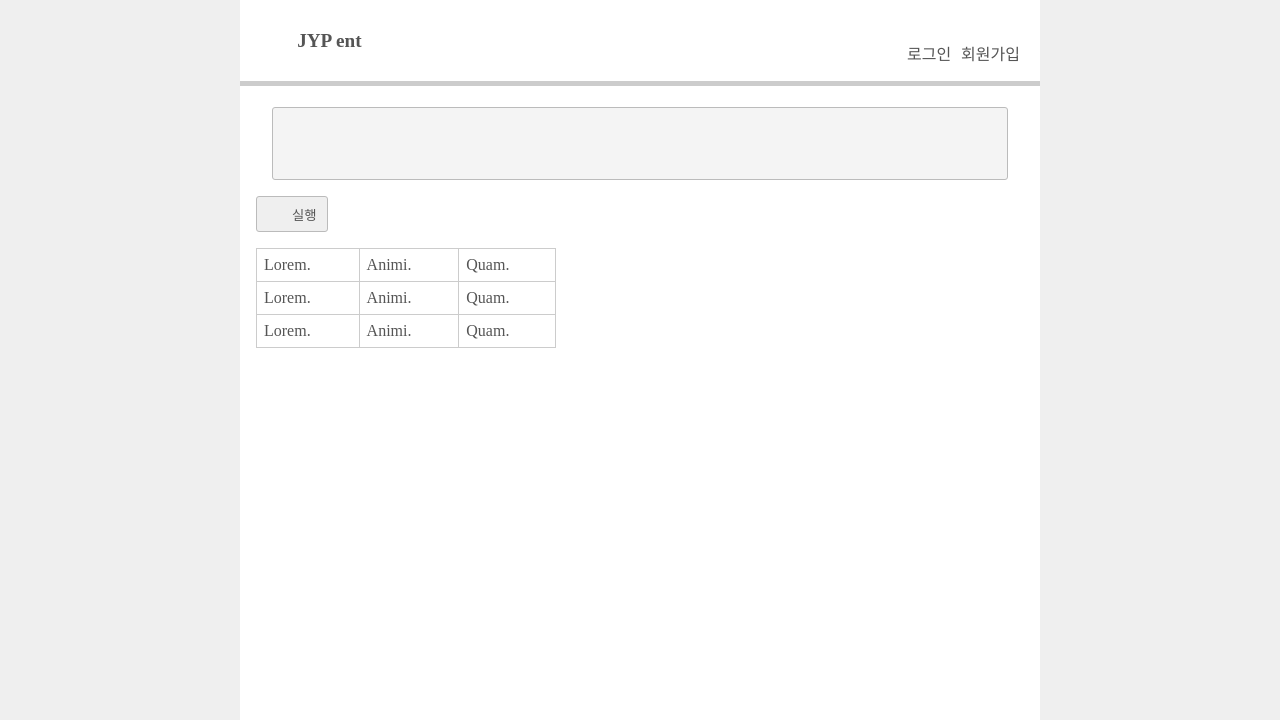
Repository: junyong231/SSIT_html
Page: webPro/src/main/webapp/javascript/days03/ex05_02.html
The author's editor kept a copy of each file at every save. The page is drawn from the files as they stood at one save, then again after the next save.
The browser window is 1280 px wide. The pictures show the whole page.
Some web fonts or font styles are not loaded; a fallback is used.

Above is the page before, as saved 2024-09-27 03:37:31.

After the next save:
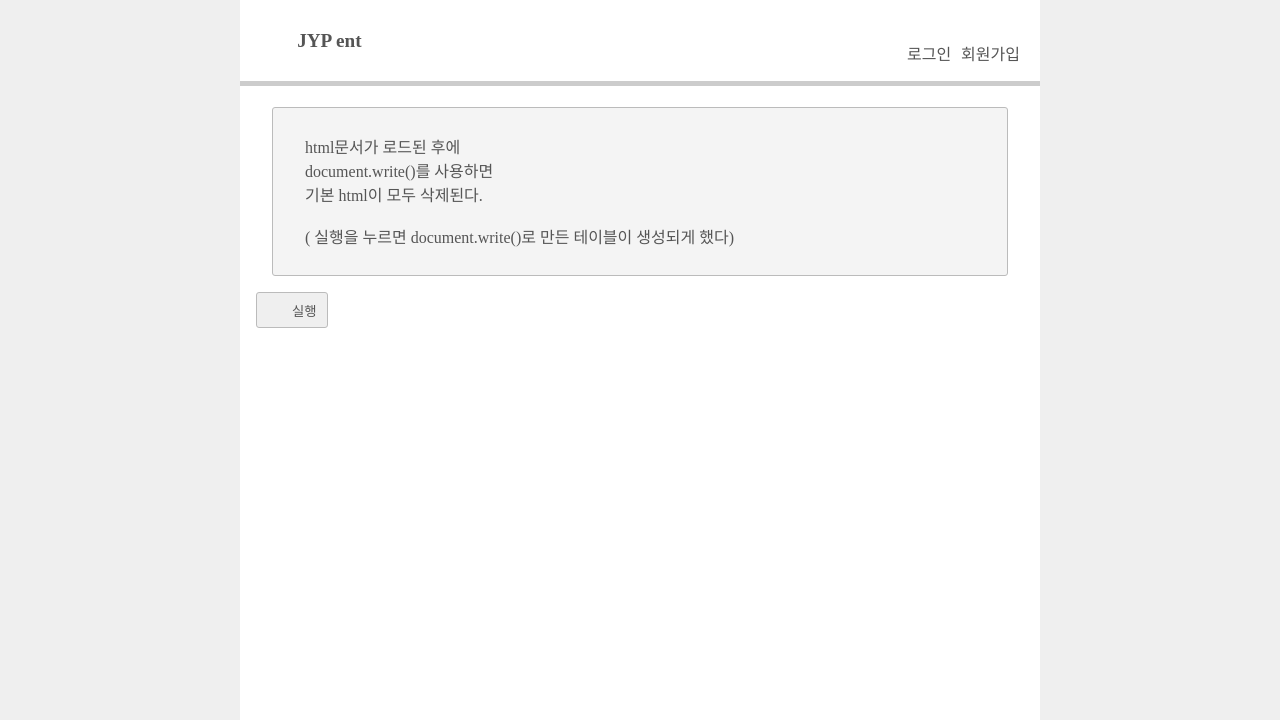
Saved 57 s later.
--- a/webPro/src/main/webapp/javascript/days03/ex05_02.html
+++ b/webPro/src/main/webapp/javascript/days03/ex05_02.html
@@ -24,33 +24,43 @@
 </header>
 <div>
   <xmp class="code">
+    html문서가 로드된 후에
+    document.write()를 사용하면
+    기본 html이 모두 삭제된다.
 
+    ( 실행을 누르면 document.write()로 만든 테이블이 생성되게 했다)
   </xmp>
 
   <button>실행</button>
   <p id="demo" style=""> </p>
 
-  <table border='1' style="width: 300px;">
-    <tr>
-      <td>Lorem.</td>
-      <td>Animi.</td>
-      <td>Quam.</td>
-    </tr>
-    <tr>
-      <td>Lorem.</td>
-      <td>Animi.</td>
-      <td>Quam.</td>
-    </tr>
-    <tr>
-      <td>Lorem.</td>
-      <td>Animi.</td>
-      <td>Quam.</td>
-    </tr>
-  </table>
-
 
 
 </div>
+<script>
+  // 이클립스에서 alt shift a 이용!
+ let content= "";
+ content += " <table border='1' style= 'width: 300px'>";
+ content += "   <tr>                                  ";
+ content += "     <td>기존 Html다 날아감</td>                     ";
+ content += "     <td>Animi.</td>                     ";
+ content += "     <td>Quam.</td>                      ";
+ content += "   </tr>                                 ";
+ content += "   <tr>                                  ";
+ content += "     <td>Lorem.</td>                     ";
+ content += "     <td>Animi.</td>                     ";
+ content += "     <td>Quam.</td>                      ";
+ content += "   </tr>                                 ";
+ content += "   <tr>                                  ";
+ content += "     <td>Lorem.</td>                     ";
+ content += "     <td>Animi.</td>                     ";
+ content += "     <td>Quam.</td>                      ";
+ content += "   </tr>                                 ";
+ content += " </table>                                ";
 
+  document.querySelector("button").onclick = ()=> {
+    document.write(content);
+  }
+</script>
 </body>
 </html>
